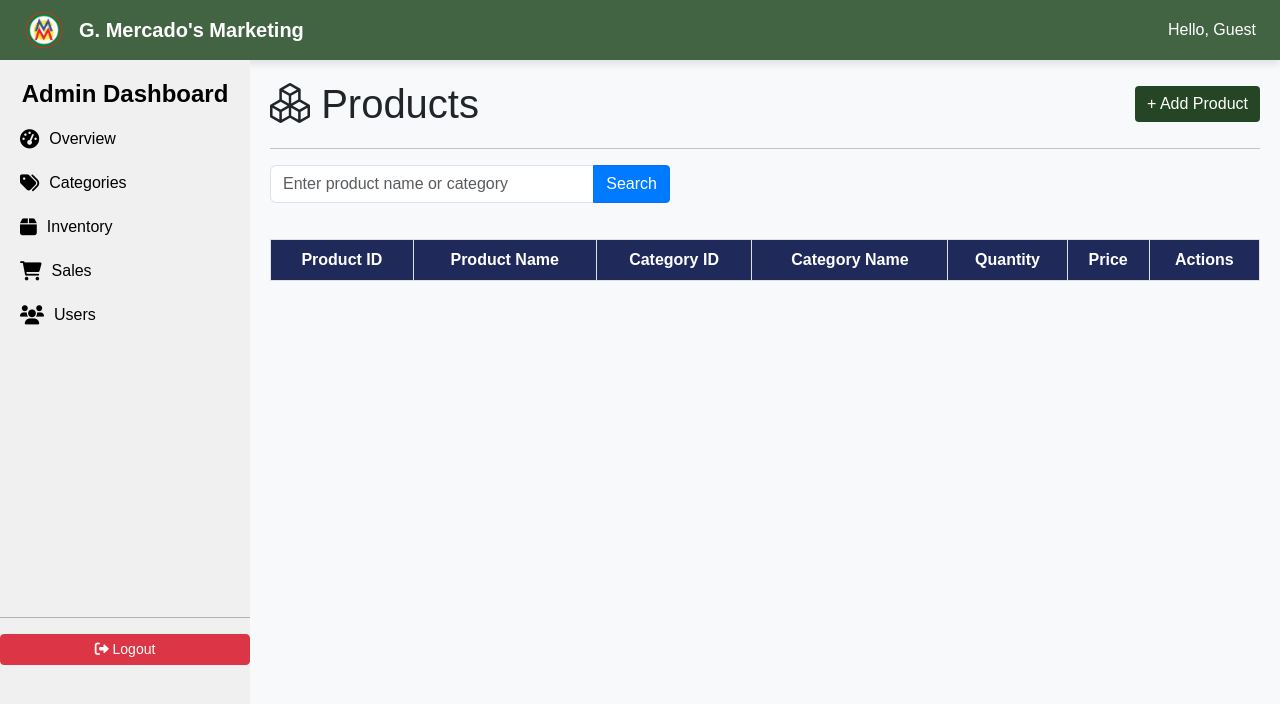
Repository: mandarein21/sales-inventory
Page: http://localhost/products
These files come from the project's save history. The page is drawn as it stood at one moment and after the next save; the edit follows.
The browser window is 1280 px wide. The pictures show the whole page.
Some web libraries are served in a nearby version. The page is served by the project's Node server (app.js). Queries for data that is not in the repository find no rows.

Above is the page before, as saved 2024-10-31 08:59:06.

After the next save:
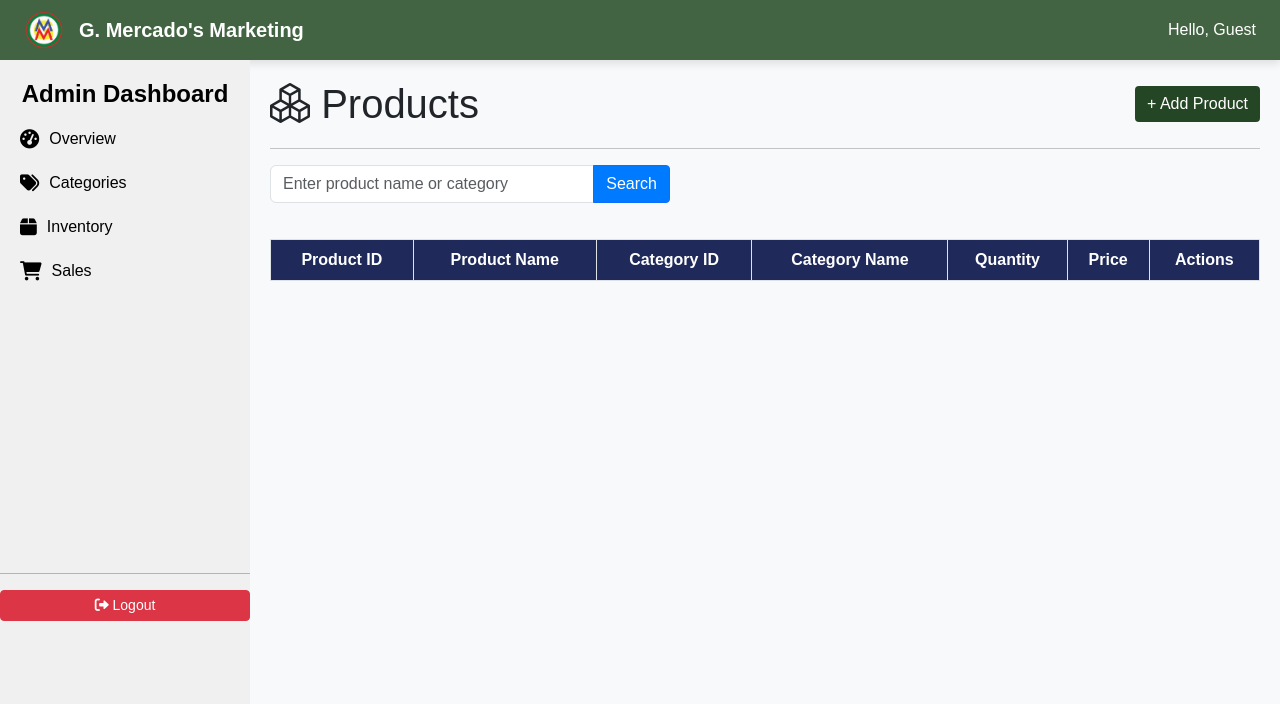
Saved 10 min 16 s later.
--- a/views/layouts/sidebar.ejs
+++ b/views/layouts/sidebar.ejs
@@ -5,7 +5,7 @@
     <a href="/admin/categories" class="sidebar-link"><i class="fas fa-tags"></i> Categories</a>
     <a href="/products" class="sidebar-link"><i class="fas fa-box"></i>   Inventory</a>
     <a href="/admin/sales" class="sidebar-link"><i class="fas fa-shopping-cart"></i> Sales</a>
-    <a href="/admin/employee" class="sidebar-link"><i class="fas fa-users"></i> Users</a>
+
     <!-- New Link for Categories -->
 
 
